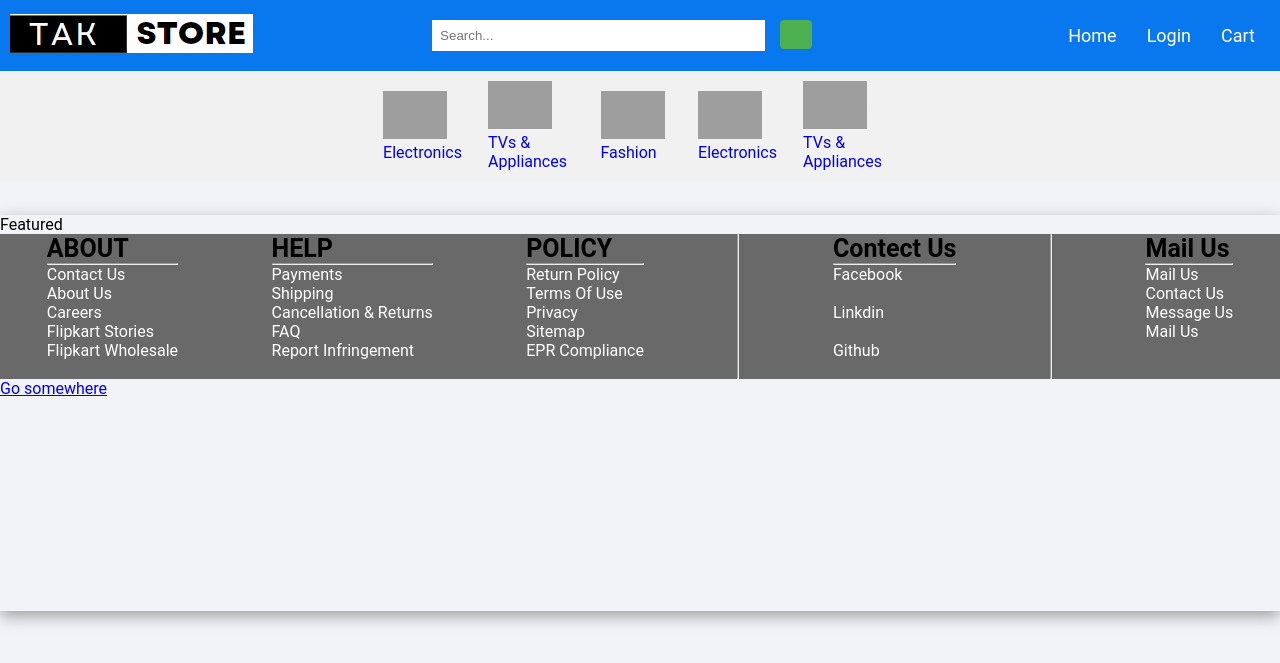
Repository: MSaifKhan01/TAK-Store
Page: PROJECT_Front/appliances.html
These files come from the project's save history. The page is drawn as it stood at one moment and after the next save; the edit follows.
The browser window is 1280 px wide. The pictures show the whole page.
Pictures or frames that could not be fetched are drawn as grey boxes. The page's requests for data from a server got no answer.

Above is the page before, as saved 2023-07-22 01:39:53.

### PROJECT_Front/appliances.html
<!DOCTYPE html>
<html lang="en">

<head>
    <meta charset="UTF-8">
    <meta http-equiv="X-UA-Compatible" content="IE=edge">
    <meta name="viewport" content="width=device-width, initial-scale=1.0">
    <title>Document</title>
    <link rel="stylesheet" type="text/css" href="./CSS/appliences.css">
    <link rel="stylesheet" type="text/css" href="./CSS/Index.css">
    <style>

    </style>
</head>

<body>
    <header >
        <nav class="navbar">
          <a href="#" class="navbar-brand logo"
            ><img src="./flipkart images/Tak_logo.png" alt="logo"
          /></a>
          <div class="search-container">
            <input id="searcBox" type="text" placeholder="Search..." />
            <button type="submit"><i class="fa fa-search"></i></button>
          </div>
          <ul class="navbar-nav">
            <li>
              <a href="#"><i class="fa-solid fa-house"></i> Home</a>
            </li>



            <li id="logoutName">
              <a href="./login.html" id="nameshow"><i class="fa-solid fa-user"></i> Login</a>
            </li>
            <!-- <li><a href="#">Categories</a></li>
            <li><a href="#">Deals</a></li> -->
            <li>
              <a href="addTocart.html"><i class="fa-solid fa-cart-shopping"><span id="Cartlength"></span></i> Cart</a>
              <!-- <a href="#">Cart</a> -->
            </li>
          </ul>
        </nav>

        <div class="sub-navbar">
          <div class="sub-navbar-item">
            <div class="subNav">
              <img
                src="https://rukminim1.flixcart.com/fk-p-flap/128/128/image/6e3e1efa83bc56c3.png?q=100"
                alt=""
              />
              <a style="text-decoration: none" href="electronics.html"
                >Electronics</a
              >
            </div>
          </div>
          <div class="sub-navbar-item">
            <div class="subNav">
              <img
                src="https://rukminim1.flixcart.com/fk-p-flap/128/128/image/b3e1225e6bda1c9e.png?q=100"
                alt=""
              />
              <a style="text-decoration: none" href="appliances.html"
                >TVs & Appliances</a
              >
            </div>
          </div>
          <div class="sub-navbar-item">
            <div class="subNav">
              <img
                src="https://rukminim1.flixcart.com/fk-p-flap/128/128/image/a11d5d13e54bf964.png?q=100"
                alt=""
              />
              <a style="text-decoration: none" href="fashion.html">Fashion</a>
            </div>
          </div>
          <div class="sub-navbar-item">
            <div class="subNav">
              <img
                src="https://rukminim1.flixcart.com/fk-p-flap/128/128/image/6e3e1efa83bc56c3.png?q=100"
                alt=""
              />
              <a style="text-decoration: none" href="electronics.html"
                >Electronics</a
              >
            </div>
          </div>
          <div class="sub-navbar-item">
            <div class="subNav">
              <img
                src="https://rukminim1.flixcart.com/fk-p-flap/128/128/image/b3e1225e6bda1c9e.png?q=100"
                alt=""
              />
              <a style="text-decoration: none" href="appliances.html"
                >TVs & Appliances</a
              >
            </div>
          </div>
        </div>
      </header>


    <div class="sort">
        <h2>SortBy</h2>
        <button id="sort1">Price -- Low to High</button>
        <button id="sort2">Price -- High to Low</button>
    </div>
    <div class="main">
        <div class="leftdiv">
            <!-- filter part -->
            <div style="display: flex; margin-left: 30px; gap: 20px;">


                <div>
                    <select name="filter" id="filter">
                        <option value="filter">Filter</option>
                    </select>
                </div>
                <div>
                    <select name="featured" id="featured" data-bs-toggle="tooltip" data-bs-title="Another tooltip">
                        <option value="">SortBy Desc</option>
                        <option value="atoz">A To Z</option>
                        <option value="ztoa">Z To A</option>

                    </select>
                </div>
            </div>
        </div>
        <div class="bestofElctronic_product_item">

        </div>
    </div>



    </div>
    </div>
    <!-- footer -->

    <div class="card text-center">
        <div class="card-header" style="margin-top: 30px">Featured</div>
        <div class="footer-items">
          <div class="footerlist">
            <ul style="list-style: none">
              <li id="List-head">ABOUT</li>
              <li>
                <hr />
              </li>
              <li>Contact Us</li>
              <li>About Us</li>
              <li>Careers</li>
              <li>Flipkart Stories</li>
              <li>Flipkart Wholesale</li>
            </ul>
          </div>

          <div class="footerlist">
            <ul style="list-style: none">
              <li id="List-head">HELP</li>
              <li>
                <hr />
              </li>
              <li>Payments</li>
              <li>Shipping</li>
              <li>Cancellation & Returns</li>
              <li>FAQ</li>
              <li>Report Infringement</li>
            </ul>
          </div>

          <div class="footerlist">
            <ul style="list-style: none">
              <li id="List-head">POLICY</li>
              <li>
                <hr />
              </li>
              <li>Return Policy</li>
              <li>Terms Of Use</li>
              <li>Privacy</li>
              <li>Sitemap</li>
              <li>EPR Compliance</li>
            </ul>
          </div>
          <hr />
          <div class="footerlist">
            <ul style="list-style: none">
              <li id="List-head">Contect Us</li>
              <li>
                <hr />
              </li>
              <li>
                <a href="" style="text-decoration: none; color: white"
                  ><i class="fa-brands fa-facebook"></i> Facebook</a
                >
              </li>
              <br />
              <li>
                <a href="" style="text-decoration: none; color: white"
                  ><i class="fa-brands fa-linkedin"></i> Linkdin</a
                >
              </li>
              <br />
              <li>
                <a href="" style="text-decoration: none; color: white"
                  ><i class="fa-brands fa-github"></i> Github</a
                >
              </li>
              <br />
            </ul>
          </div>

          <hr />
          <div class="footerlist">
            <ul style="list-style: none">
              <li id="List-head">Mail Us</li>
              <li>
                <hr />
              </li>
              <li>
                <a href="" style="text-decoration: none; color: white"
                  ><i class="fa-solid fa-envelope"></i> Mail Us</a
                >
              </li>
              <li>
                <a href="" style="text-decoration: none; color: white"
                  ><i class="fa-solid fa-phone"></i> Contact Us</a
                >
              </li>
              <li>
                <a href="" style="text-decoration: none; color: white"
                  ><i class="fa-solid fa-message"></i> Message Us</a
                >
              </li>
              <li>
                <a href="" style="text-decoration: none; color: white"
                  ><i class="fa-solid fa-envelope"></i> Mail Us</a
                >
              </li>
            </ul>
          </div>
        </div>

        <div class="card-body">
          <a href="#" class="btn btn-primary">Go somewhere</a>
        </div>
      </div>
</body>
<script src="./JS/appliences.js"></script>

<script>
//     let bestofElctronic_product_itemEl = document.querySelector(".bestofElctronic_product_item")
//     let CartArr = JSON.parse(localStorage.getItem("length")) || [];

//     span.innerText=CartArr

//     fetch("https://glamorous-pear-rugby-shirt.cyclic.app/electronic", {
//         method: "GET",
//         headers: {
//             //   authorization: `${sessionStorage.getItem("token")}`,
//             "content-type": "application/json",
//         },
//     })
//         .then((res) => {
//             return res.json();
//         })
//         .then((data) => {

//             display(data);
//             searchbar(data)
//             console.log(data);
//             // display(sorted1)
//         });


//         let sort1=document.getElementById("sort1")
//         sort1.addEventListener("click",()=>{
//             sorting1()
//         })
//         function sorting1(){

//             fetch("https://glamorous-pear-rugby-shirt.cyclic.app/electronic/sort1", {
//         method: "GET",
//         headers: {
//             //   authorization: `${sessionStorage.getItem("token")}`,
//             "content-type": "application/json",
//         },
//     })
//         .then((res) => {
//             return res.json();
//         })
//         .then((data) => {
//             console.log(data);
//             display(data);
//             // display(sorted1)
//         });
//         }

//         let sort2=document.getElementById("sort2")
//         sort2.addEventListener("click",()=>{
//             sorting2()
//         })
//         function sorting2(){

//             fetch("https://glamorous-pear-rugby-shirt.cyclic.app/electronic/sort2", {
//         method: "GET",
//         headers: {
//             //   authorization: `${sessionStorage.getItem("token")}`,
//             "content-type": "application/json",
//         },
//     })
//         .then((res) => {
//             return res.json();
//         })
//         .then((data) => {
//             console.log(data);
//             display(data);
//             // display(sorted1)
//         });
//         }

//         let featured=document.getElementById("featured")
//         function sorting3(){

//            fetch("https://glamorous-pear-rugby-shirt.cyclic.app/electronic/sort3", {
//        method: "GET",
//        headers: {
//            //   authorization: `${sessionStorage.getItem("token")}`,
//            "content-type": "application/json",
//        },
//    })
//        .then((res) => {
//            return res.json();
//        })
//        .then((data) => {
//            console.log(data);
//            display(data);

//        });
//        }
//         function sorting4(){

//            fetch("https://glamorous-pear-rugby-shirt.cyclic.app/electronic/sort4", {
//        method: "GET",
//        headers: {
//            //   authorization: `${sessionStorage.getItem("token")}`,
//            "content-type": "application/json",
//        },
//    })
//        .then((res) => {
//            return res.json();
//        })
//        .then((data) => {
//            console.log(data);
//            display(data);

//        });
//        }
//   featured.addEventListener("change",()=>{

//     if(featured.value=="atoz"){
//         sorting3()

//     }else if(featured.value=="ztoa"){
//         sorting4()

//     }

//   })

//   function searchbar(data){
//     let search = document.getElementById("searcBox");
//     search.addEventListener("input", (e) => {
//       e.preventDefault();
//       const value = e.target.value;

//       let newArr = data.filter(element => {

//         return element.size.toLowerCase().includes(value) || element.description.toLowerCase().includes(value);

//       })
//       console.log(data)
//       display(newArr)

//     })

// }

// // let searchBtn=document.getElementById("searchBtn")
// // searchBtn.addEventListener("click",()=>{

// //     searching()
// // })
// // function searching(){
// //     let searcBox=document.getElementById("searcBox").value

// //     fetch("http://localhost:8000/product/?`${stars=searcBox}`", {
// //         method: "GET",
// //         headers: {
// //             //   authorization: `${sessionStorage.getItem("token")}`,
// //             "content-type": "application/json",
// //         },
// //     })
// //         .then((res) => {
// //             return res.json();
// //         })
// //         .then((data) => {
// //             console.log(data);
// //             display(data);
// //             // display(sorted1)
// //         });
// //         console.log(searcBox)
// // }

//     function display(data) {

//         bestofElctronic_product_itemEl.innerHTML = null
//         data.forEach(el => {
//             let card = document.createElement("div")
//             card.classList.add("card")
//             let link1 = document.createElement("a")
//             link1.classList.add("BestofElectronic_item")
//             link1.link = el.link
//             let div1 = document.createElement("div")
//             div1.classList.add("bestOfElectornic_image_Product")
//             let img = document.createElement("img")
//             img.src = el.image
//             let div2 = document.createElement("div")
//             div2.classList.add("bestofElectronicmoreOption")

//             let p = document.createElement("p")
//             p.classList.add("bestofElectornicProduct_name")
//             p.innerText = el.description
//             let p2 = document.createElement("p")
//             p2.classList.add("bestofElecronic_discount")
//             p2.innerText = `₹${el.new_price}`
//             let p3 = document.createElement("p")
//             p3.classList.add("bestofElectronic_brand")
//             p3.innerText = el.stars

//             p3.style.color = 'red'
//             // let p4 = document.createElement("p")
//             // p4.innerText=el.qty
//             let div3 = document.createElement("div")
//             div3.classList.add("btndiv")
//             let btn1 = document.createElement("button")
//             btn1.innerText = "Show Details"
//             let btn2 = document.createElement("button")
//             btn2.innerText = "Add to Cart"

//             div1.append(img)
//             div3.append(btn1, btn2)
//             div2.append(p, p2, p3, div3)
//             link1.append(div1, div2)
//             card.append(link1)

//             bestofElctronic_product_itemEl.append(card)


//             btn2.addEventListener("click", () => {
//         // if (checkDuplicate(data)) {
//         //   alert("Product Already in Cart")
//         // } else {
//         //   CartArr.push(el);
//         //   localStorage.setItem("cart", JSON.stringify(CartArr));
//         //   alert("Product Added To Cart")
//         //   window.location.href = "./addTocart.html"
//         // }

//         let token=sessionStorage.getItem("token")
//         if(token){
//             fetch(`http://localhost:8000/cart/Electronics/${el._id}`,{
//                 method:"POST",
//                 headers:{
//                     "Content-Type":"application/json",
//                     "Authorization":`${sessionStorage.getItem("token")}`
//                 },
//                 body:JSON.stringify(el)
//             })
//             .then((res)=>{
//                 return res.json()
//             })
//             .then((data)=>{

//                 if(data.ok){
//                 alert(data.msg)
//              }else{
//                 alert(data.msg)
//              }
//                 // data.push({...el,qty:1})
//                 // alert("Product added to cart")
//                 console.log(data)
//             })
//             .catch((err)=>{
//                 console.log(err)
//             })


//         }else{
//             alert("You need to login")
//         }

//       })




//         })


//     }





// //     function checkDuplicate(data) {
// //     for (let i = 0; i < CartArr.length; i++) {

// //       if (CartArr[i]._id === data._id) {
// //         return true;

// //       }
// //     }
// //     return false;
// //   }


</script>

</html>

### PROJECT_Front/CSS/Index.css


 /* CSS styles for the navbar */
  * {
    margin: 0;
    padding: 0;
    box-sizing: border-box;
  }
  header{
    position: sticky;
    top: 0%;
  }

  .navbar {
    background-color: #0978ee;
    padding: 10px;
    display: flex;
    justify-content: space-between;
    /* flex-direction: row; */
    align-items: center;
    position: sticky;
  }

  .navbar-brand {
    color: #fff;
    font-weight: bold;
    text-decoration: none;
    width: 10%;
    font-size: 15px;
  }

  .navbar-nav {
    display: flex;
    flex-direction: row;
    font-size: 18px;
    list-style-type: none;
    gap: 15px;
    margin: 0;
    padding: 0;
    /* margin-right: 120px; */

  }

  #logoutName{
    color: #f1f1f1;
  }
  #logoutName button{
    background-color: #45a049;;
    color: #f1f1f1;
    border-radius: 5px;
    padding: 3px;

  }
  #Cartlength{
    color: #f40ab5;
  }

  /* Search bar styles */
  .search-container {
    display: flex;
    width: 500px;
    max-width: 450px;

    margin-left: 180px;

    margin-bottom: 10px;
    /* Added to separate the search bar in responsive mode */
  }

  input[type="text"] {
    flex: 1;
    padding: 10px;
    border: none;
  }

  button[type="submit"] {
    margin-right: 120px;
    background-color: #4caf50;
    color: white;
    padding: 10px 20px;
    border: none;
    cursor: pointer;
  }

  button[type="submit"]:hover {
    background-color: #45a049;
  }

  .navbar-nav li {
    margin-right: 15px;
  }

  .navbar-nav li a {
    color: #fff;
    text-decoration: none;
  }

  /* CSS styles for responsive design */
  @media (max-width: 400px) {
    .navbar {
      flex-direction: column;
    }

    .navbar-nav {
      margin-top: 10px;
      flex-direction: column;

    }

    .navbar-nav li {
      margin-right: 0;
      margin-bottom: 10px;
    }
  }

  @media (min-width: 601px) {
    /* Additional styles for larger screens */
    .search-container {
      max-width: 500px;
      margin-left: 160px;
      margin-top: 10px;
    }

    input[type="text"] {
      padding: 8px;
    }

    button[type="submit"] {
      padding: 8px 16px;
    }
  }

  /* CSS styles for sub-navbar */
  .sub-navbar {
    background-color: #f1f1f1;
    padding: 10px;
    display: flex;
    gap: 30px;
    justify-content: center;
    /* overflow-x: auto; */
  }

  .sub-navbar-item {
    display: flex;
    align-items: center;
    justify-content: center;

    margin-right: 15px;
    width: 60px;
    /* height: 60px; */
    border-radius: 50%;
    background-color: #f1f1f1;
  }


  .sub-navbar-item img {
    width: 64px;
  }

  .subNav {
    display: block;
  }

  #slideshow > img {
    width: 100%;
  }

  .carousel-item img {
    width: 100%;
    height: 100%;
  }


  .footer-items {
    display: flex;
    justify-content: space-around;
    background-color: dimgray;
    color: white;
  }

  #List-head {
    font-size: 25px;
    font-weight: bold;
    color: black;
  }

  #product {
    border-radius: 5px;
    padding: 40px;
    margin-bottom: 20px;

    box-shadow: rgba(50, 50, 93, 0.25) 0px 50px 100px -20px,
      rgba(0, 0, 0, 0.3) 0px 30px 60px -30px;
  }
  #product img{
    width: 50%;
  }


  #carroDiv {
    width: 90%;
    margin: auto;
  }

  .smallimages {
    display: flex;
    gap: 10px;
    justify-content: space-around;
    /* align-items: center; */
  }

  .topHead {
    display: flex;
    justify-content: space-between;
    box-shadow: rgba(0, 0, 0, 0.24) 0px 3px 8px;
    margin-bottom: 40px;
  }

  .common-heading-left {
    padding: 20px;
  }

  .common-heading-left > h2 {
    color: gray;
  }

  .ViewButton > h3 {
    margin: 30px;
    padding: 20px;
    background-color: #0978ee;
  }

Loaded but not shown: PROJECT_Front/JS/appliences.js (275 lines, source omitted); PROJECT_Front/CSS/appliences.css (462 lines, source omitted)

After the next save:
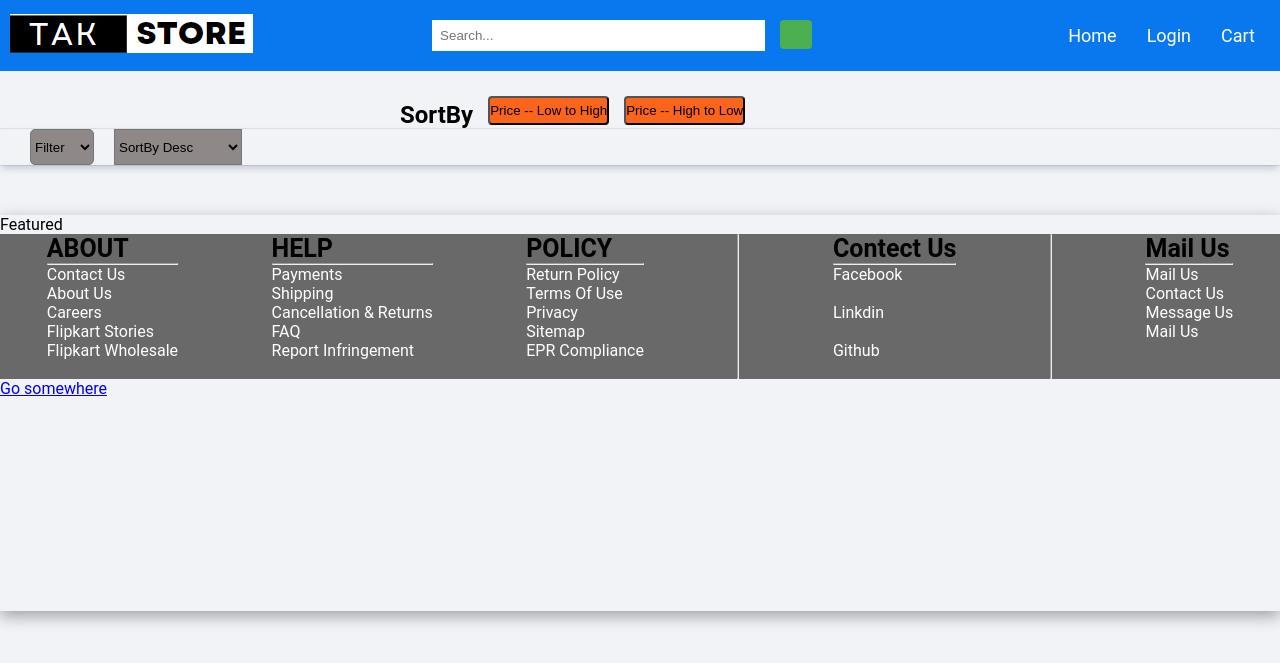
Saved 71 s later.
--- a/PROJECT_Front/appliances.html
+++ b/PROJECT_Front/appliances.html
@@ -42,7 +42,7 @@
           </ul>
         </nav>
 
-        <div class="sub-navbar">
+        <!-- <div class="sub-navbar">
           <div class="sub-navbar-item">
             <div class="subNav">
               <img
@@ -96,7 +96,7 @@
               >
             </div>
           </div>
-        </div>
+        </div> -->
       </header>
 
 
